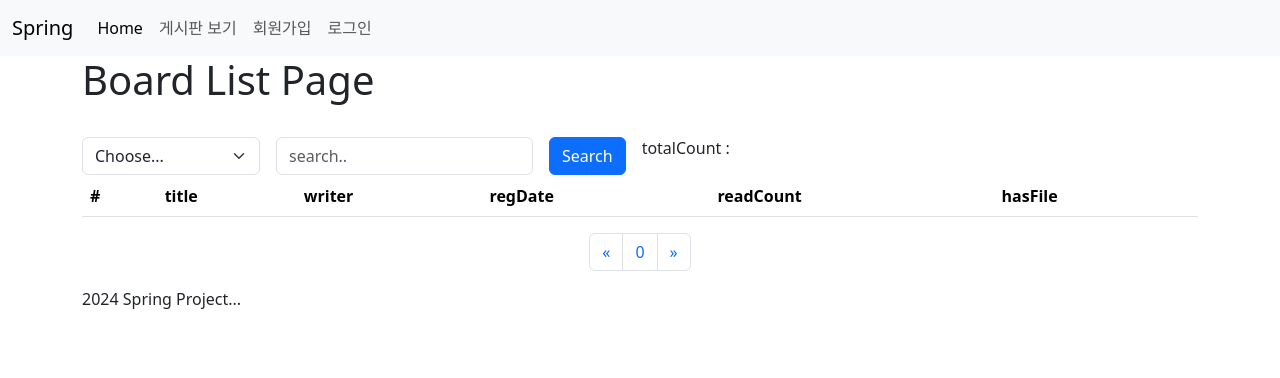
Repository: ehdwo13/ezen
Page: http://localhost/spring_test2/WEB-INF/views/board/list.jsp
An editor plug-in stored every save of this project. The page is shown before and after the next save, followed by the edit.
The browser window is 1280 px wide. The pictures show the whole page.
The page is served by Tomcat 9. Nobody is signed in. Other server files are loaded and not shown. The template is opened directly, without the code that normally fills it, so the values that code supplies are empty.

Above is the page before, as saved 2024-05-09 03:52:28.
Console error: TypeError: Cannot read properties of null (reading 'addEventListener')

### 240501_SPRING/spring_test2/src/main/webapp/WEB-INF/views/board/list.jsp
<%@ page language="java" contentType="text/html; charset=UTF-8"
    pageEncoding="UTF-8"%>
<%@ taglib uri="http://java.sun.com/jsp/jstl/core" prefix="c" %>
<jsp:include page="../layout/header.jsp" />
<div class="container-md">
	<h1>Board List Page</h1>
	<br>
	<!-- search Line -->
	<form action="/board/list" method="get" class="row gy-2 gx-3 align-items-center">
   		<div class="col-auto">
    		<select class="form-select" name="type" id="autoSizingSelect">
      			<option ${ph.pgvo.type == null ? 'selected' : '' }>Choose...</option>
      			<option value="t" ${ph.pgvo.type eq 't' ? 'selected' : '' }>Title</option>
      			<option value="w" ${ph.pgvo.type eq 'w' ? 'selected' : '' }>Writer</option>
      			<option value="c" ${ph.pgvo.type eq 'c' ? 'selected' : '' }>Content</option>
      			<option value="tc" ${ph.pgvo.type eq 'tc' ? 'selected' : '' }>Title & Content</option>
      			<option value="wc" ${ph.pgvo.type eq 'wc' ? 'selected' : '' }>Writer & Content</option>
      			<option value="tw" ${ph.pgvo.type eq 'tw' ? 'selected' : '' }>Title & Writer</option>
      			<option value="twc" ${ph.pgvo.type eq 'twc' ? 'selected' : '' }>All</option>
   			</select>
  		</div>
		<div class="col-auto">
    		<input type="text" name="keyword" class="form-control" id="autoSizingInput" placeholder="search.." value="${ph.pgvo.keyword}">
    		<input type="hidden" name="pageNo" value="1">
    		<input type="hidden" name="qty" value="10">
  		</div>
  		<div class="col-auto">
    		<button type="submit" class="btn btn-primary">Search</button>
  		</div>
  		<div class="col-auto">
  			<p>totalCount : ${ph.totalCount }</p>
  		</div>
  	</form>
	<table class="table table-hover">
	  <thead>
	  	<tr>
	  		<th>#</th>
	  		<th>title</th>
	  		<th>writer</th>
	  		<th>regDate</th>
	  		<th>readCount</th>
	  		<th>hasFile</th>
	  	</tr>
	  </thead>
	  <tbody>

	  <c:forEach items="${list }" var="bvo">
	  	<tr>
			<td>${bvo.bno}</td>
			<td><a href="/board/detail?bno=${bvo.bno }">${bvo.title}</a>
			<c:if test="${bvo.cmtQty ne 0 }">
			[${bvo.cmtQty }]
			</c:if>
			</td>
			<td>${bvo.writer}</td>
			<td>${bvo.regDate}</td>
			<td>${bvo.readCount}</td>
			<td>${bvo.hasFile}</td>
		</tr>
	  </c:forEach>
	  </tbody>
	</table>
	<!-- paging Line -->
	<nav aria-label="Page navigation example">
	  <ul class="pagination justify-content-center">
	  	<!-- prev -->
	    <li class="page-item ${ph.prev eq false ? 'disabled' : ''}">
	      <a class="page-link" href="/board/list?pageNo=${ph.startPage-1 }&qty=${ph.pgvo.qty}&type=${ph.pgvo.type}&keyword=${ph.pgvo.keyword}" aria-label="Previous">
	        <span aria-hidden="true">&laquo;</span></a>
	    </li>
	    <c:forEach begin="${ph.startPage }" end="${ph.endPage }" var="i">
	    <li class="page-item ${i eq ph.pgvo.pageNo ? 'active' : ''}"><a class="page-link" href="/board/list?pageNo=${i }&qty=${ph.pgvo.qty}&type=${ph.pgvo.type}&keyword=${ph.pgvo.keyword}">${i }</a></li>
	    </c:forEach>
	    <!-- next -->
	    <li class="page-item ${ph.next eq false ? 'disabled' : ''}">
	      <a class="page-link" href="/board/list?pageNo=${ph.endPage+1 }&qty=${ph.pgvo.qty}&type=${ph.pgvo.type}&keyword=${ph.pgvo.keyword}" aria-label="Next">
	        <span aria-hidden="true">&raquo;</span></a>
	    </li>
	  </ul>
	</nav>
</div>
<jsp:include page="../layout/footer.jsp" />

### 240501_SPRING/spring_test2/src/main/webapp/WEB-INF/views/layout/header.jsp
<%@ page language="java" contentType="text/html; charset=UTF-8"
    pageEncoding="UTF-8"%>
<%@taglib uri="http://java.sun.com/jsp/jstl/core" prefix="c" %>
<%@taglib uri="http://www.springframework.org/security/tags" prefix="sec" %>
<!DOCTYPE html>
<html>
<head>
<meta charset="UTF-8">
<title>header.jsp</title>
<link href="/resources/css/bootstrap.min.css" rel="stylesheet">
<script src="/resources/js/bootstrap.bundle.min.js"></script>
</head>
<body>
<nav class="navbar navbar-expand-lg bg-body-tertiary">
  <div class="container-fluid">
    <a class="navbar-brand" href="/">Spring</a>
    <button class="navbar-toggler" type="button" data-bs-toggle="collapse" data-bs-target="#navbarSupportedContent" aria-controls="navbarSupportedContent" aria-expanded="false" aria-label="Toggle navigation">
      <span class="navbar-toggler-icon"></span>
    </button>
    <div class="collapse navbar-collapse" id="navbarSupportedContent">
      <ul class="navbar-nav me-auto mb-2 mb-lg-0">
        <li class="nav-item">
          <a class="nav-link active" aria-current="page" href="/">Home</a>
        </li>
        <li class="nav-item">
          <a class="nav-link" href="/board/list">게시판 보기</a>
        </li>
        <sec:authorize access="isAnonymous()">
        <li class="nav-item">
          <a class="nav-link" href="/user/register">회원가입</a>
        </li>
        <li class="nav-item">
          <a class="nav-link" href="/user/login">로그인</a>
        </li>
        </sec:authorize>
        <!-- access의 권한이 있는지 확인 -->
        <!-- 현재 사용자의 정보 : principal -->
        <sec:authorize access="isAuthenticated()">
        <sec:authentication property="principal.uvo.email" var="authEmail"/>
        <sec:authentication property="principal.uvo.nickName" var="authNick"/>
        <sec:authentication property="principal.uvo.authList" var="auths"/>
        <sec:authentication property="principal.uvo.lastLogin" var="time"/>
        <li class="nav-item">
          <a class="nav-link" href="/board/register">게시판 글쓰기</a>
        </li>
        <c:choose>
        	<c:when test="${auths.stream().anyMatch(authVO -> authVO.auth.equals('ROLE_ADMIN')).get() }">
		        <li class="nav-item">
		          <a class="nav-link" href="/user/list">회원리스트 ${authNick }(${authEmail } / ADMIN)</a>
		        </li>
        	</c:when>
        	<c:otherwise>
		        <li class="nav-item">
		          <a class="nav-link" href="/user/modify">회원정보수정 ${authNick } lastLogin : ${time }</a>
		        </li>
        	</c:otherwise>
        </c:choose>
        <li class="nav-item">
          <a class="nav-link" href="" id="logoutLink">로그아웃</a>
        </li>
        <form action="/user/logout" method="post" id="logoutForm">
        	<input type="hidden" name="email" value="${authEmail }">
        </form>
        </sec:authorize>

  	  </ul>
    </div>
  </div>
</nav>
<script type="text/javascript">
	document.getElementById('logoutLink').addEventListener('click', (e)=>{
		e.preventDefault();
    	document.getElementById('logoutForm').submit();
	})
</script>

### 240501_SPRING/spring_test2/src/main/webapp/WEB-INF/views/layout/footer.jsp
<%@ page language="java" contentType="text/html; charset=UTF-8"
    pageEncoding="UTF-8"%>
<div class="container-md">
	2024 Spring Project...
</div>

</body>
</html>

Loaded but not shown: 240501_SPRING/spring_test2/src/main/webapp/resources/css/bootstrap.min.css (library); 240501_SPRING/spring_test2/src/main/webapp/resources/js/bootstrap.bundle.min.js (library)

After the next save:
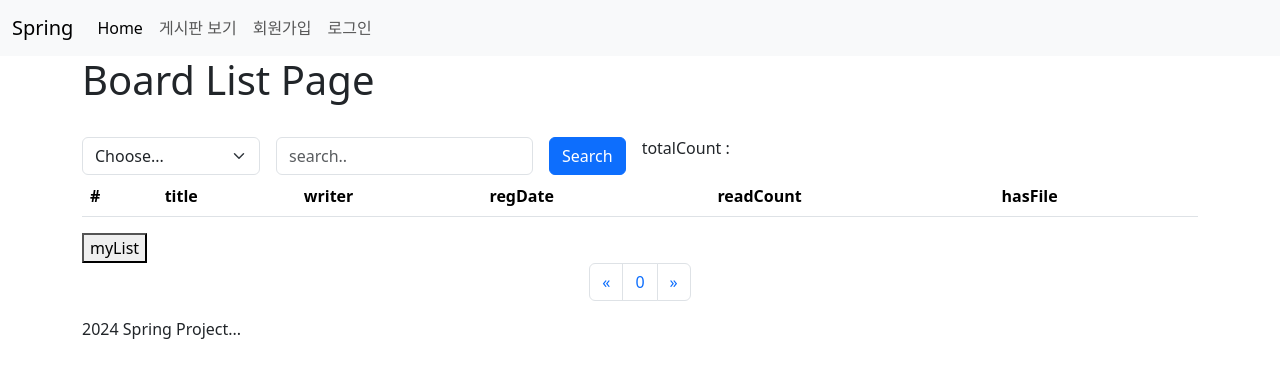
Saved 25 min 57 s later.
--- a/240501_SPRING/spring_test2/src/main/webapp/WEB-INF/views/board/list.jsp
+++ b/240501_SPRING/spring_test2/src/main/webapp/WEB-INF/views/board/list.jsp
@@ -61,6 +61,7 @@
 	  </tbody>
 	</table>
 	<!-- paging Line -->
+	<button type="button" id="myList">myList</button>
 	<nav aria-label="Page navigation example">
 	  <ul class="pagination justify-content-center">
 	  	<!-- prev -->
